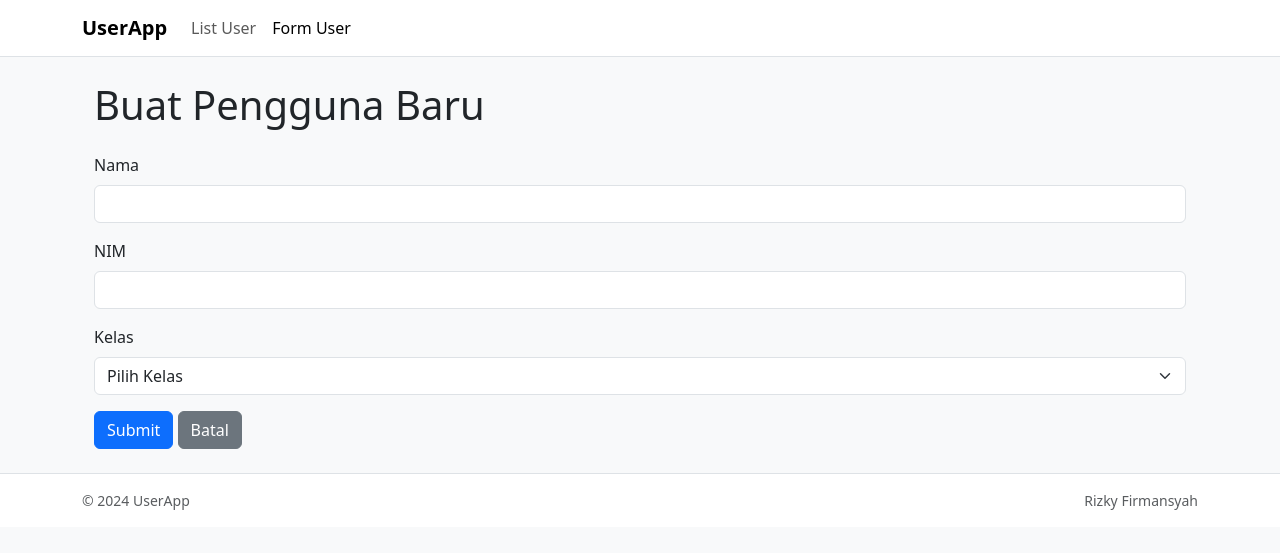
Repository: RizkyFirmansyah-com/prak-pwl-2357051016
Page: http://localhost/user/create
These files come from the project's save history. The page is drawn as it stood at one moment and after the next save; the edit follows.
The browser window is 1280 px wide. The pictures show the whole page.
The page is served by the project's Laravel application, run on PHP 8.4 with Laravel 10. Queries for data that is not in the repository find no rows.

Above is the page before, as saved 2025-10-12 22:25:50.

After the next save:
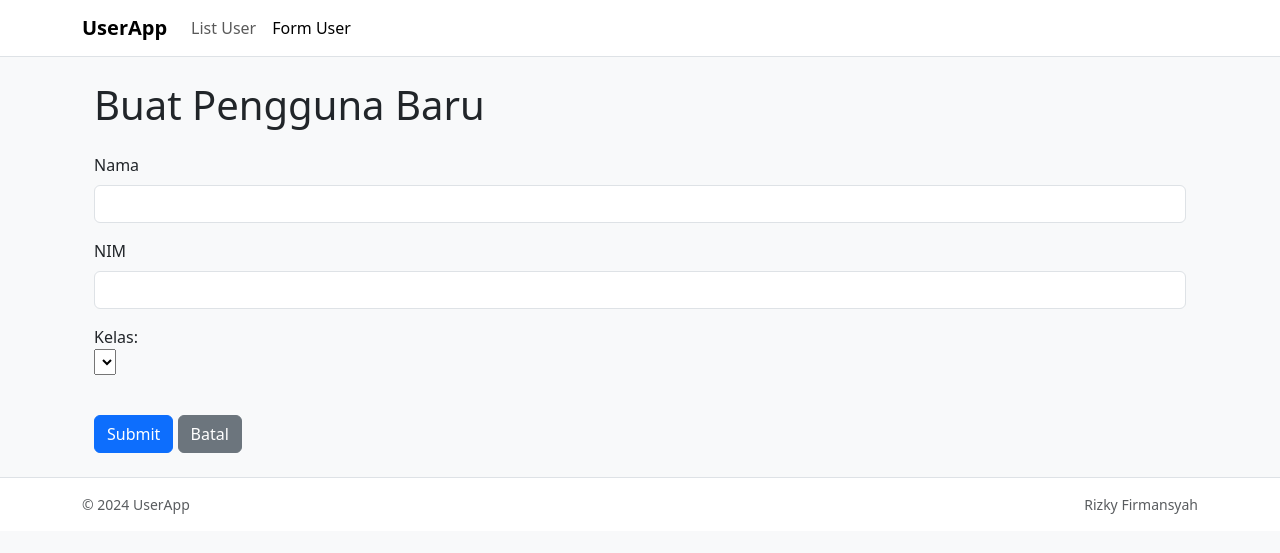
Saved 56 s later.
--- a/resources/views/user_create.blade.php
+++ b/resources/views/user_create.blade.php
@@ -32,15 +32,13 @@
     </div>
 
     <div class="mb-3">
-      <label for="kelas_id" class="form-label">Kelas</label>
-      <select name="kelas_id" id="kelas_id" class="form-select" required>
-        <option value="" disabled {{ old('kelas_id') ? '' : 'selected' }}>Pilih Kelas</option>
-        @foreach ($kelas as $k)
-          <option value="{{ $k->id }}" {{ old('kelas_id') == $k->id ? 'selected' : '' }}>
-            {{ $k->nama_kelas }}
-          </option>
-        @endforeach
-      </select>
+      <label for="kelas">Kelas:</label><br>
+<select name="kelas_id" id="kelas_id">
+    @foreach ($kelas as $k)
+        <option value="{{ $k->id }}">{{ $k->nama_kelas }}</option>
+    @endforeach
+</select><br><br>
+
     </div>
 
     <button type="submit" class="btn btn-primary">Submit</button>
